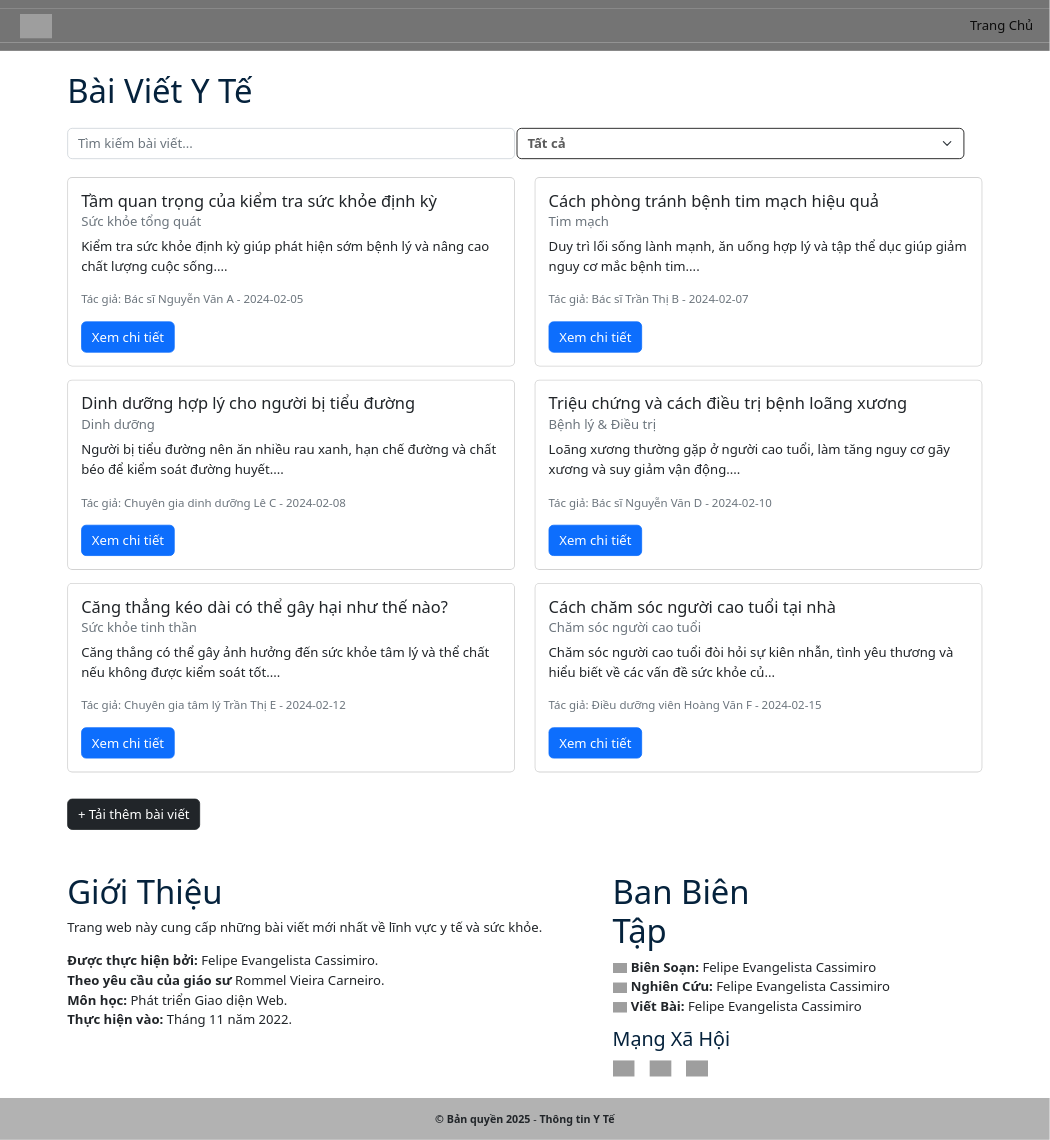
Repository: JonesKhaii/CodySocial
Page: tests/web-test/index.html
The author's editor kept a copy of each file at every save. The page is drawn from the files as they stood at one save, then again after the next save.
The browser window is 1280 px wide. The pictures show the whole page, at 82% of full size.
Pictures or frames that could not be fetched are drawn as grey boxes.

Above is the page before, as saved 2025-02-09 21:42:50.

### tests/web-test/index.html
<!DOCTYPE html>
<html lang="vi">
    <head>
        <title>Bài Viết Y Tế - Trang Chủ</title>
        <meta charset="UTF-8" />
        <meta name="author" content="Felipe E. Cassimiro" />
        <meta name="viewport" content="width=device-width, initial-scale=1.0" />

        <link rel="stylesheet" href="asset/css/mystyle.css" />
        <link
            href="https://cdn.jsdelivr.net/npm/bootstrap@5.2.3/dist/css/bootstrap.min.css"
            rel="stylesheet"
        />
        <script src="https://cdn.jsdelivr.net/npm/bootstrap@5.2.3/dist/js/bootstrap.bundle.min.js"></script>
        <script src="https://code.jquery.com/jquery-3.6.1.min.js"></script>
        <link rel="icon" href="Images/logo.png" />
    </head>

    <header>
        <nav class="navbar navbar-expand-lg bg-light">
            <div class="container-fluid Header">
                <a class="navbar-brand" href="index.html">
                    <img src="Images/logo.png" style="width: 100%" />
                </a>
                <button
                    class="navbar-toggler"
                    type="button"
                    data-bs-toggle="collapse"
                    data-bs-target="#navbarSupportedContent"
                    aria-controls="navbarSupportedContent"
                    aria-expanded="false"
                    aria-label="Chuyển đổi điều hướng"
                >
                    <span class="navbar-toggler-icon"></span>
                </button>
                <div
                    class="collapse navbar-collapse"
                    id="navbarSupportedContent"
                >
                    <ul class="navbar-nav me-auto mb-2 mb-lg-0">
                        <li class="nav-item">
                            <a
                                class="nav-link active"
                                aria-current="page"
                                href="index.html"
                                >Trang Chủ</a
                            >
                        </li>
                    </ul>
                </div>
            </div>
        </nav>
    </header>

    <body>
        <div class="container-fluid mt-4">
            <div class="container">
                <h1 class="mb-3">Bài Viết Y Tế</h1>

                <!-- Thanh tìm kiếm và bộ lọc -->
                <div class="row mb-3">
                    <div class="col-md-6">
                        <input
                            type="text"
                            id="Pesquisar"
                            class="form-control"
                            placeholder="Tìm kiếm bài viết..."
                            autocomplete="off"
                        />
                    </div>
                    <div class="col-md-6">
                        <select class="form-select" id="Genero">
                            <option>Tất cả</option>
                            <option>Sức khỏe tổng quát</option>
                            <option>Tim mạch</option>
                            <option>Dinh dưỡng</option>
                        </select>
                    </div>
                </div>

                <!-- Danh sách bài viết -->
                <div class="row" id="Articles">
                    <!-- Bài viết sẽ được tải động vào đây -->
                </div>

                <!-- Nút tải thêm bài viết -->
                <button
                    type="button"
                    class="btn btn-dark mt-3"
                    id="PlusArticles"
                >
                    + Tải thêm bài viết
                </button>
            </div>
        </div>

        <div class="container-fluid About" id="About">
            <div class="container">
                <div class="row">
                    <div class="col-7">
                        <h1 class="col-7">Giới Thiệu</h1>
                        <p>
                            Trang web này cung cấp những bài viết mới nhất về
                            lĩnh vực y tế và sức khỏe.
                        </p>
                        <p>
                            <b>Được thực hiện bởi:</b> Felipe Evangelista
                            Cassimiro.<br />
                            <b>Theo yêu cầu của giáo sư</b> Rommel Vieira
                            Carneiro.<br />
                            <b>Môn học:</b> Phát triển Giao diện Web.<br />
                            <b>Thực hiện vào:</b> Tháng 11 năm 2022.
                        </p>
                    </div>
                    <div class="col-5">
                        <h1 class="col-5">Ban Biên Tập</h1>
                        <img id="Ico" src="Images/icone.png" /><b>
                            Biên Soạn: </b
                        >Felipe Evangelista Cassimiro<br />
                        <img id="Ico" src="Images/icone.png" /><b>
                            Nghiên Cứu: </b
                        >Felipe Evangelista Cassimiro<br />
                        <img id="Ico" src="Images/icone.png" /><b> Viết Bài: </b
                        >Felipe Evangelista Cassimiro

                        <h4 style="margin-top: 3%">Mạng Xã Hội</h4>
                        <img
                            id="Social"
                            src="Images/facebook.png"
                            style="margin-right: 3%"
                        />
                        <img
                            id="Social"
                            src="Images/twitter.png"
                            style="margin-right: 3%"
                        />
                        <img
                            id="Social"
                            src="Images/instagram.png"
                            style="margin-right: 3%"
                        />
                    </div>
                </div>
            </div>
        </div>

        <footer class="text-center p-3 mt-4">
            <div><b>© Bản quyền 2025</b> - <b>Thông tin Y Tế</b></div>
        </footer>

        <!-- Script -->
        <script src="asset/js/main.js"></script>
    </body>
</html>

### tests/web-test/asset/css/mystyle.css
/*General*/
h1 {
    color: #05223c;
    font-weight: bold;
}

h4 {
    color: #05223c;
    font-weight: bold;
}

.container-fluid {
    margin-top: 4%;
    margin-bottom: 2%;
}

.col-4 > p {
    margin-top: 3%;
    margin-bottom: 1%;
}

.col-4 > p > ol {
    margin-bottom: 1%;
}

.row {
    margin-top: 2% !important;
}

.col-12 > h1 {
    text-align: center;
}
/*End General*/

/*Header*/
header > .navbar {
    padding: 0px;
    border-top: 10px solid #747474;
    border-bottom: 10px solid #747474;
}

.Header {
    background-color: #747474;
    padding: 0px;
    margin: 0px;
}

#navbarSupportedContent {
    flex-grow: 0;
}

.navbar-toggler {
    margin-right: 12px;
    float: right;
}
.navbar-brand {
    margin-left: 12px;
    width: 40px;
}
/*End Header*/

/*Body*/
form.nosubmit {
    border: none;
    padding: 0;
}

input.nosubmit {
    border-radius: 10px;
    width: 98%;
    border: 1px solid #555;
    display: block;
    padding: 9px 4px 9px 40px;
    background: transparent
        url("data:[embedded picture, 348 characters]")
        no-repeat 13px center;
}

#Ordem > option,
#Genero > option {
    text-align: left;
}

#Ordem,
#Genero {
    margin-right: 4%;
    float: right;
    border: 1px solid black;
    color: #5b5b5b;
    font-weight: bold;
}

#Games > div > img {
    width: 100%;
    height: 250px;
}

#Games > div {
    margin-top: 2%;
}

#Games > div > a {
    margin-top: 1.5%;
    color: black;
    text-decoration: none;
    font-size: 1.25rem;
    margin-top: 0;
    margin-bottom: 0.5rem;
    font-weight: 500;
    line-height: 1.2;
}

#Games > div > a:hover {
    color: gray;
}

#Publisher > div > img {
    width: 100%;
    height: 250px;
}

#Desc > img {
    height: 450px;
}

@media (max-width: 1200px) {
    #Games > div > img {
        height: 180px;
    }
    #Publisher > div > img {
        height: 180px;
    }
}

@media (max-width: 1065px) {
    #Desc > img {
        height: 450px;
    }
}

@media (max-width: 990px) {
    #Desc > img {
        height: 370px;
    }
}

@media (max-width: 768px) {
    #Games > div > img {
        height: 250px;
    }
    #Publisher > div > img {
        height: 250px;
    }
    #Desc > img {
        height: 270px;
    }
}

@media (max-width: 610px) {
    #Desc > img {
        height: 230px;
    }
}

@media (max-width: 450px) {
    #Games > div > img {
        height: 180px;
    }
    #Publisher > div > img {
        height: 180px;
    }
    #Desc > img {
        height: 180px;
    }
}

@media (max-width: 350px) {
    #Desc > img {
        height: 140px;
    }
}
/*Fim Body*/

/*Footer*/
#About > div > div > div > #Ico {
    width: 4%;
}

#About > div > div > div > #Social {
    width: 6%;
}

@media (max-width: 990px) {
    #About > div > div > div > #Ico {
        width: 6%;
    }
    #About > div > div > div > #Social {
        width: 8%;
    }
}

@media (max-width: 760px) {
    #About > div > div > div > #Ico {
        width: 8%;
    }
    #About > div > div > div > #Social {
        width: 10%;
    }
}

footer {
    background-color: #b2b2b2;
    font-size: small;
    width: 100%;
}

footer > div > img {
    float: right;
    padding-right: 15px;
}
/*Fim Footer*/

### tests/web-test/asset/js/main.js
$(document).ready(function () {
    loadArticles(false, window.screen.width);
});

// Biến đếm số trang để tải thêm bài viết
var countArticles = 1;

// Sự kiện khi nhấn nút "Tải thêm bài viết"
$("#PlusArticles").click(function () {
    countArticles += 1;
    loadArticles(false, window.screen.width);
});

// Sự kiện thay đổi thể loại bài viết
$("#Genero").on('change', function () {
    countArticles = 1;
    loadArticles(true, window.screen.width);
});

// Sự kiện tìm kiếm bài viết
$('#Pesquisar').on('input', function () {
    countArticles = 1;
    loadArticles(true, window.screen.width);
});

// Thay đổi bố cục khi thay đổi kích thước cửa sổ
$(window).resize(function () {
    var width = $(window).width();
    adjustLayout(width);
});

// Hàm tải bài viết từ file JSON
function loadArticles(clearArticles, w_width) {
    if (clearArticles) {
        $("#Articles").empty();
    }

    $.getJSON("asset/js/articles.json", function (data) {
        // Lọc bài viết theo thể loại
        let selectedCategory = $("#Genero option:selected").text().toLowerCase();
        if (selectedCategory !== "tất cả") {
            data = data.filter(article => article.category.toLowerCase() === selectedCategory);
        }

        // Tìm kiếm bài viết theo tiêu đề
        let searchQuery = $("#Pesquisar").val().toLowerCase();
        if (searchQuery !== "") {
            data = data.filter(article => article.title.toLowerCase().includes(searchQuery));
        }

        // Phân trang (mỗi lần tải thêm 6 bài viết)
        let startIndex = (countArticles - 1) * 6;
        let articlesToShow = data.slice(startIndex, startIndex + 6);

        // Hiển thị bài viết
        articlesToShow.forEach(article => {
            let articleHtml = `
                <div class="col-${getColumnSize(w_width)}">
                    <div class="card mb-3">
                        <div class="card-body">
                            <h5 class="card-title">${article.title}</h5>
                            <h6 class="card-subtitle mb-2 text-muted">${article.category}</h6>
                            <p class="card-text">${article.content.substring(0, 100)}...</p>
                            <p class="card-text"><small class="text-muted">Tác giả: ${article.author} - ${article.published_date}</small></p>
                            <a href="article-detail.html?id=${article.id}" class="btn btn-primary">Xem chi tiết</a>
                        </div>
                    </div>
                </div>
            `;
            $("#Articles").append(articleHtml);
        });

        // Ẩn nút "Tải thêm" nếu không còn bài viết nào
        if (startIndex + 6 >= data.length) {
            $("#PlusArticles").hide();
        } else {
            $("#PlusArticles").show();
        }
    }).fail(function () {
        console.error("Không thể tải dữ liệu từ articles.json");
    });
}

// Hàm xác định số cột hiển thị dựa trên kích thước màn hình
function getColumnSize(w_width) {
    if (w_width <= 768) return 12;  // 1 cột trên màn hình nhỏ
    if (w_width > 768 && w_width <= 990) return 6; // 2 cột trên màn hình trung bình
    return 4; // 3 cột trên màn hình lớn
}

// Hàm điều chỉnh bố cục khi thay đổi kích thước cửa sổ
function adjustLayout(width) {
    $('#Articles').children().each(function () {
        $(this).attr('class', `col-${getColumnSize(width)}`);
    });
}

### tests/web-test/asset/js/articles.json
[
    {
        "id": 1,
        "title": "Tầm quan trọng của kiểm tra sức khỏe định kỳ",
        "category": "Sức khỏe tổng quát",
        "content": "Kiểm tra sức khỏe định kỳ giúp phát hiện sớm bệnh lý và nâng cao chất lượng cuộc sống.",
        "author": "Bác sĩ Nguyễn Văn A",
        "published_date": "2024-02-05"
    },
    {
        "id": 2,
        "title": "Cách phòng tránh bệnh tim mạch hiệu quả",
        "category": "Tim mạch",
        "content": "Duy trì lối sống lành mạnh, ăn uống hợp lý và tập thể dục giúp giảm nguy cơ mắc bệnh tim.",
        "author": "Bác sĩ Trần Thị B",
        "published_date": "2024-02-07"
    },
    {
        "id": 3,
        "title": "Dinh dưỡng hợp lý cho người bị tiểu đường",
        "category": "Dinh dưỡng",
        "content": "Người bị tiểu đường nên ăn nhiều rau xanh, hạn chế đường và chất béo để kiểm soát đường huyết.",
        "author": "Chuyên gia dinh dưỡng Lê C",
        "published_date": "2024-02-08"
    },
    {
        "id": 4,
        "title": "Triệu chứng và cách điều trị bệnh loãng xương",
        "category": "Bệnh lý & Điều trị",
        "content": "Loãng xương thường gặp ở người cao tuổi, làm tăng nguy cơ gãy xương và suy giảm vận động.",
        "author": "Bác sĩ Nguyễn Văn D",
        "published_date": "2024-02-10"
    },
    {
        "id": 5,
        "title": "Căng thẳng kéo dài có thể gây hại như thế nào?",
        "category": "Sức khỏe tinh thần",
        "content": "Căng thẳng có thể gây ảnh hưởng đến sức khỏe tâm lý và thể chất nếu không được kiểm soát tốt.",
        "author": "Chuyên gia tâm lý Trần Thị E",
        "published_date": "2024-02-12"
    },
    {
        "id": 6,
        "title": "Cách chăm sóc người cao tuổi tại nhà",
        "category": "Chăm sóc người cao tuổi",
        "content": "Chăm sóc người cao tuổi đòi hỏi sự kiên nhẫn, tình yêu thương và hiểu biết về các vấn đề sức khỏe của họ.",
        "author": "Điều dưỡng viên Hoàng Văn F",
        "published_date": "2024-02-15"
    },
    {
        "id": 7,
        "title": "Dấu hiệu sớm của ung thư vú cần lưu ý",
        "category": "Sức khỏe phụ nữ",
        "content": "Phát hiện sớm ung thư vú giúp nâng cao hiệu quả điều trị và giảm nguy cơ biến chứng.",
        "author": "Bác sĩ Lê Hồng G",
        "published_date": "2024-02-18"
    },
    {
        "id": 8,
        "title": "Cách tăng cường sức khỏe sinh sản cho nam giới",
        "category": "Sức khỏe nam giới",
        "content": "Dinh dưỡng và lối sống lành mạnh giúp cải thiện sức khỏe sinh sản ở nam giới.",
        "author": "Bác sĩ Nguyễn Hoàng H",
        "published_date": "2024-02-20"
    },
    {
        "id": 9,
        "title": "Những thực phẩm tốt cho hệ tiêu hóa",
        "category": "Dinh dưỡng",
        "content": "Một số loại thực phẩm giúp cải thiện hệ tiêu hóa, giảm táo bón và tăng cường sức khỏe đường ruột.",
        "author": "Chuyên gia dinh dưỡng Trần Minh I",
        "published_date": "2024-02-22"
    },
    {
        "id": 10,
        "title": "Bí quyết duy trì huyết áp ổn định",
        "category": "Tim mạch",
        "content": "Hạn chế muối, ăn nhiều rau xanh và tập thể dục giúp kiểm soát huyết áp hiệu quả.",
        "author": "Bác sĩ Nguyễn Anh J",
        "published_date": "2024-02-25"
    },
    {
        "id": 11,
        "title": "Tập thể dục buổi sáng có lợi ích gì?",
        "category": "Sức khỏe tổng quát",
        "content": "Tập thể dục buổi sáng giúp cải thiện tuần hoàn máu, tăng cường năng lượng và tinh thần.",
        "author": "Huấn luyện viên thể dục Hoàng Văn K",
        "published_date": "2024-02-27"
    },
    {
        "id": 12,
        "title": "Cách nhận biết dấu hiệu đột quỵ sớm",
        "category": "Bệnh lý & Điều trị",
        "content": "Nhận biết sớm dấu hiệu đột quỵ giúp tăng khả năng cứu sống và phục hồi nhanh hơn.",
        "author": "Bác sĩ Phạm Thị L",
        "published_date": "2024-03-01"
    },
    {
        "id": 13,
        "title": "Tác hại của thiếu ngủ đối với sức khỏe",
        "category": "Sức khỏe tinh thần",
        "content": "Thiếu ngủ kéo dài có thể làm suy giảm trí nhớ, gây béo phì và tăng nguy cơ bệnh tim mạch.",
        "author": "Bác sĩ Nguyễn Hoàng M",
        "published_date": "2024-03-03"
    },
    {
        "id": 14,
        "title": "Hướng dẫn chế độ ăn kiêng lành mạnh",
        "category": "Dinh dưỡng",
        "content": "Một chế độ ăn kiêng lành mạnh giúp duy trì cân nặng và bảo vệ sức khỏe tim mạch.",
        "author": "Chuyên gia dinh dưỡng Lê Minh N",
        "published_date": "2024-03-05"
    },
    {
        "id": 15,
        "title": "Những điều cần biết về tiêm chủng cho trẻ em",
        "category": "Sức khỏe tổng quát",
        "content": "Tiêm chủng giúp bảo vệ trẻ khỏi các bệnh truyền nhiễm nguy hiểm.",
        "author": "Bác sĩ Nhi khoa Phạm Thị O",
        "published_date": "2024-03-07"
    }
]

After the next save:
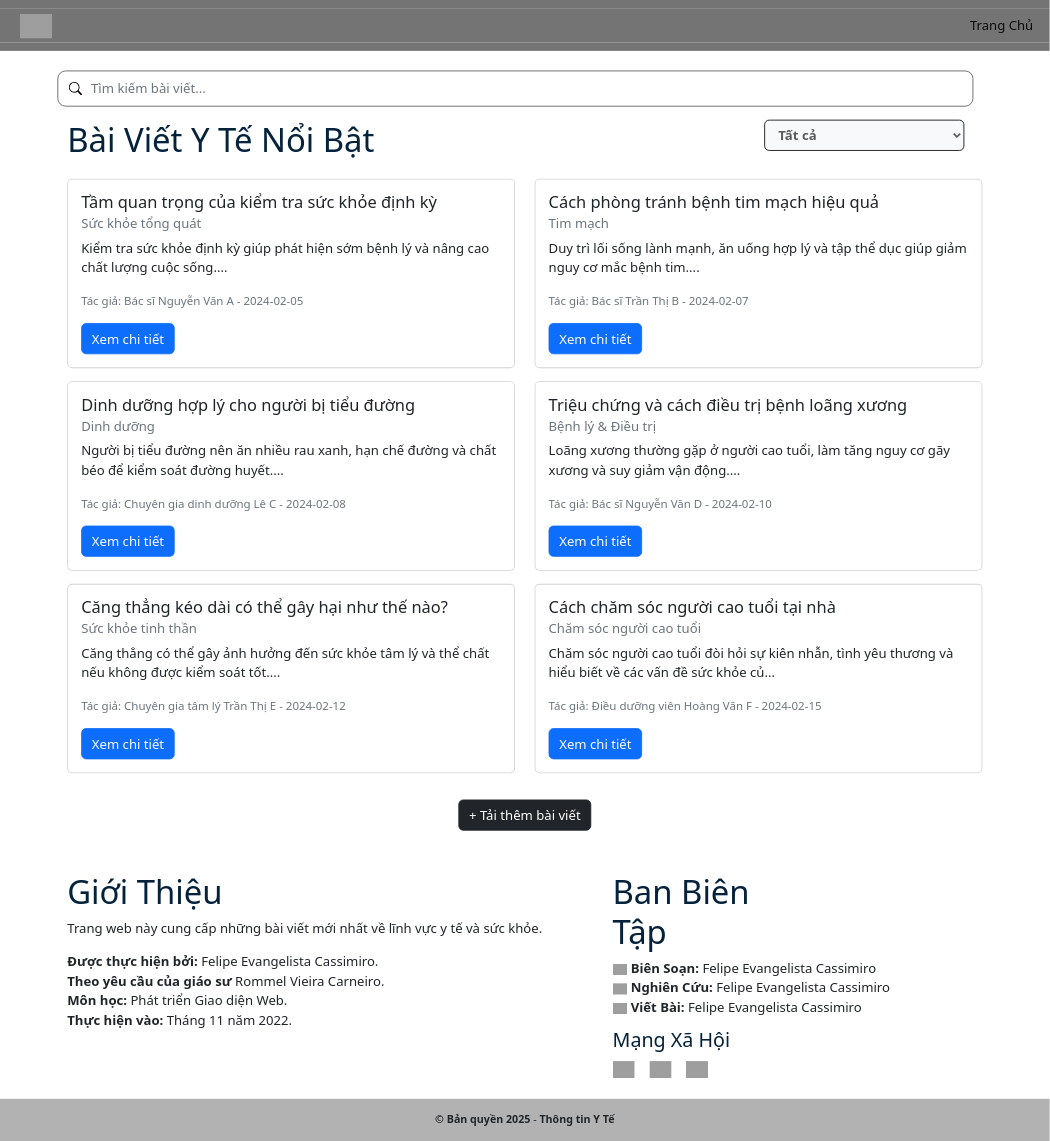
Saved 10 min 1 s later.
--- a/tests/web-test/index.html
+++ b/tests/web-test/index.html
@@ -55,42 +55,54 @@
     <body>
         <div class="container-fluid mt-4">
             <div class="container">
-                <h1 class="mb-3">Bài Viết Y Tế</h1>
-
-                <!-- Thanh tìm kiếm và bộ lọc -->
-                <div class="row mb-3">
-                    <div class="col-md-6">
+                <!-- Thanh tìm kiếm -->
+                <form class="nosubmit">
+                    <div class="row">
                         <input
+                            class="nosubmit form-control"
                             type="text"
                             id="Pesquisar"
-                            class="form-control"
                             placeholder="Tìm kiếm bài viết..."
                             autocomplete="off"
                         />
                     </div>
-                    <div class="col-md-6">
-                        <select class="form-select" id="Genero">
+                </form>
+
+                <!-- Tiêu đề và bộ lọc -->
+                <div class="row mt-3">
+                    <div class="col-6">
+                        <h1>Bài Viết Y Tế Nổi Bật</h1>
+                    </div>
+                    <div class="col-6 text-end">
+                        <select class="btn btn-light" id="Genero">
                             <option>Tất cả</option>
                             <option>Sức khỏe tổng quát</option>
                             <option>Tim mạch</option>
                             <option>Dinh dưỡng</option>
+                            <option>Bệnh lý & Điều trị</option>
+                            <option>Sức khỏe tinh thần</option>
+                            <option>Chăm sóc người cao tuổi</option>
+                            <option>Sức khỏe phụ nữ</option>
+                            <option>Sức khỏe nam giới</option>
                         </select>
                     </div>
                 </div>
 
                 <!-- Danh sách bài viết -->
-                <div class="row" id="Articles">
+                <div class="row mt-3" id="Articles">
                     <!-- Bài viết sẽ được tải động vào đây -->
                 </div>
 
                 <!-- Nút tải thêm bài viết -->
-                <button
-                    type="button"
-                    class="btn btn-dark mt-3"
-                    id="PlusArticles"
-                >
-                    + Tải thêm bài viết
-                </button>
+                <div class="text-center">
+                    <button
+                        type="button"
+                        class="btn btn-dark mt-3"
+                        id="PlusArticles"
+                    >
+                        + Tải thêm bài viết
+                    </button>
+                </div>
             </div>
         </div>
 
